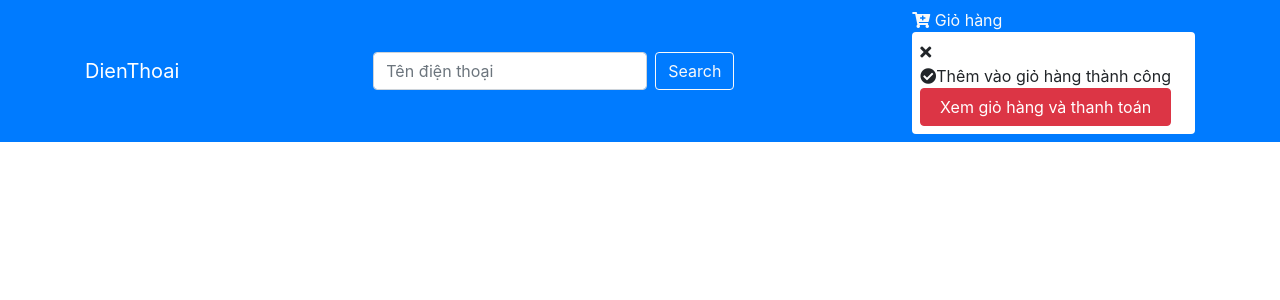
Repository: dovanthao2404/BC14_Bai_Tap_Ban_Dien_Thoai_dovanthao
Page: app/views/index.html
The author's editor kept a copy of each file at every save. The page is drawn from the files as they stood at one save, then again after the next save.
The browser window is 1280 px wide. The pictures show the whole page.
Some web libraries are served in a nearby version. The style sheet was rebuilt from its Sass, Less or Tailwind sources for each picture, by a compiler version that may differ from the author's.

Above is the page before, as saved 2021-08-14 16:05:57.
Console error (its wording comes from the project's code and is left out).

After the next save:
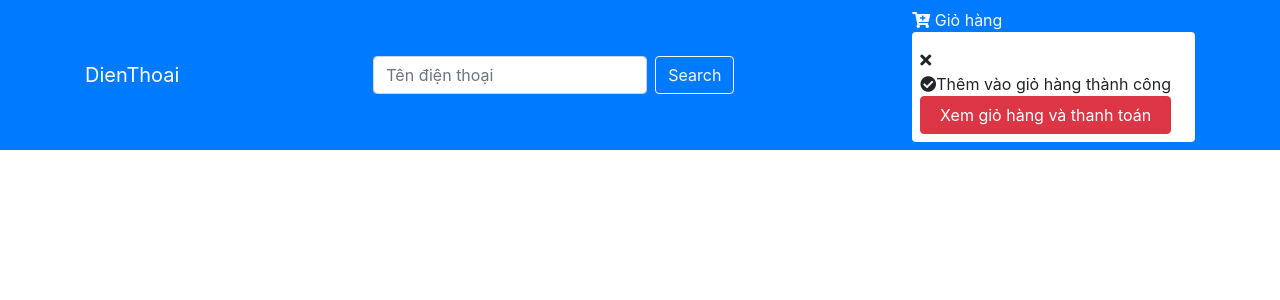
Saved 23 s later.
--- a/app/views/index.html
+++ b/app/views/index.html
@@ -48,7 +48,7 @@
           <a href="cart.html" class="text-light">
             <i class="fa fa-cart-plus"></i> Giỏ hàng
           </a>
-          <div class="notifiSuccess py-2 pl-2 pr-4 bg-white rounded">
+          <div class="notifiSuccess pb-2 pt-3 pl-2 pr-4 bg-white rounded">
             <i class="fa fa-times icon-close"></i>
             <div class="d-flex align-items-center">
               <i class="fa fa-check-circle"></i>
